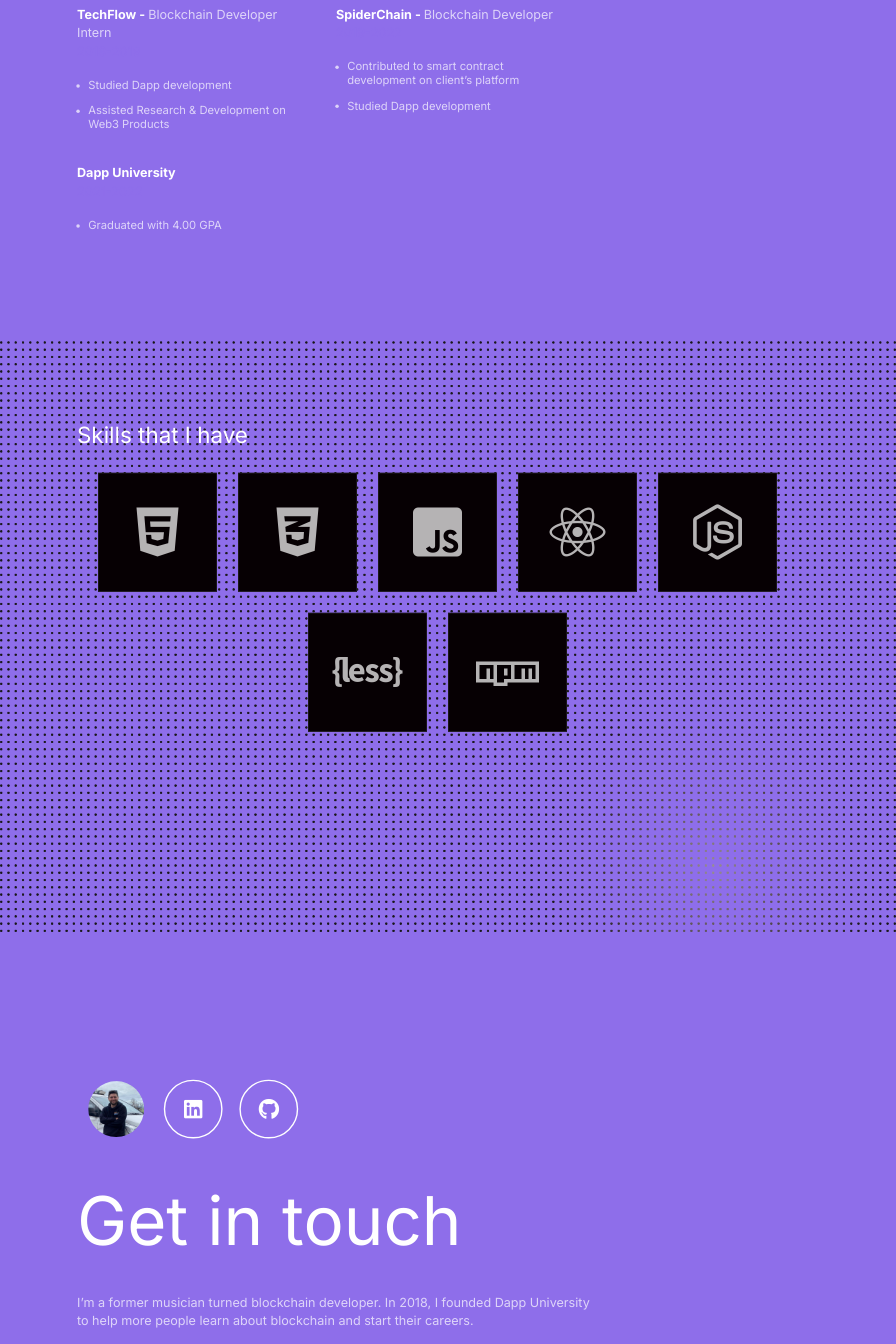
Repository: EyanIngles/Resume
Page: index.html
The author's editor kept a copy of each file at every save. The page is drawn from the files as they stood at one save, then again after the next save.
The browser window is 1280 px wide. The pictures show the part of the page from y = 2198 to 4118 px (the page is 4474 px tall), at 70% of full size.
Pictures or frames that could not be fetched are drawn as grey boxes.

Above is the page before, as saved 2024-05-30 14:16:37.

### index.html
<!DOCTYPE html>
<html lang="en">

<head>
    <meta charset="UTF-8">
    <meta http-equiv="X-UA-Compatible" content="IE=edge">
    <meta name="viewport" content="width=device-width, initial-scale=1.0">
    <meta name="description" content="">
    <meta name="author" content="">

    <title>Eyan Ingles || Blockchain Developer</title>

    <!-- Google Fonts -->
    <link rel="preconnect" href="https://fonts.googleapis.com">
    <link rel="preconnect" href="https://fonts.gstatic.com" crossorigin>
    <link href="https://fonts.googleapis.com/css2?family=Inter:wght@100;200;300;400;500;600;700;800;900&display=swap"
        rel="stylesheet">

    <!-- Font Awesome -->
    <link href="vendor/fontawesome-free-5.15.4-web/css/all.min.css" rel="stylesheet">

    <!-- Custom styles for this template -->
    <link href="css/resume.css" rel="stylesheet">
</head>

<body>
    <header class="header">
        <div class="header-links flex-start">
            <div class="profile-container">
                <img class="profile" src="./img/profile.jpeg" alt="Profile Picture">
                <img class="ring" src="./img/Ring.svg" alt="Ring Border">
            </div>

            <ul class="flex-list list-items-circle">
                <li>
                    <a href="https://www.linkedin.com/">
                        <i class="fab fa-linkedin"></i>
                    </a>
                </li>
                <li>
                    <a href="https://github.com/EyanIngles">
                        <i class="fab fa-github"></i>
                    </a>
                </li>
            </ul>
        </div>

        <h1>
            Hi, I am Eyan Ingles<br />
            Blockchain developer
        </h1>

        <ul class="contact-details flex-list">
            <i class="fa fa-map"></i><li>Balranald 2715 NSW Australia</li>
            <hr />
            <i class="fa fa-phone"></i><li>(+61)74 528 301</li>
            <hr />
            <i class="fa fa-envelope"></i><li><a href="mailto: EyanIngles@gmail.com" style="border: none;">eyaningles29@gmail.com</a></li>
        </ul>
    </header>
    <main>

        <!-- PROJECTS -->

        <section class="section projects">
            <div class="flex-between">
                <h2>Take a look at my projects</h2>

                <a href="https://www.github.com/" class="projects-link flex-between">
                    See all works <img src="./img/ArrowUpRight.svg" alt="Arrow" style="margin-left: 8px; opacity: 0.7;">
                </a>
            </div>

            <div class="cards flex-center">

                <div class="card">
                    <img src="./img/projects/project1.png" alt="">
                    <h3 class="card-title">Nft Marketplace</h3>
                    <p class="card-description">A Marketplace where you can list, Buy and even Mint a collection that has been already intergrated on the site.</p>

                    <div class="card-buttons">
                        <a href="#" class="card-button--site">Site</a>
                        <a href="https://github.com/EyanIngles/marketplace-app" class="card-button--code">Code</a>
                    </div>
                </div>
            </div>
        </section>

        <!-- EXPIERENCE -->

        <section class="section experience">
            <p class="experience-description">
                I’m a former musician turned blockchain developer. In 2018, I
                founded Dapp University to help more people learn about
                blockchain and start their careers as blockchain developers.
                <img src="./img/Dot.svg" alt="Blue Dot">
            </p>

            <h2>Experience</h2>

            <div class="experience-cards flex-center">
                <div class="experience-card">
                    <h3 class="card-title">
                        TechFlow - <span class="highlight">Blockchain Developer Intern</span>
                    </h3>
                    <p class="card-years">2018-2019</p>

                    <ul class="card-list">
                        <li class="card-list-item">Studied Dapp development</li>
                        <li class="card-list-item">Assisted Research & Development on Web3 Products</li>
                    </ul>
                </div>
                <div class="experience-card">
                    <h3 class="card-title">
                        SpiderChain - <span class="highlight">Blockchain Developer</span>
                    </h3>
                    <p class="card-years">2019-2022</p>

                    <ul class="card-list">
                        <li class="card-list-item">Contributed to smart contract development on client’s platform</li>
                        <li class="card-list-item">Studied Dapp development</li>
                    </ul>
                </div>
                <div class="experience-card">
                    <h3 class="card-title">
                        Dapp University
                    </h3>
                    <p class="card-years">2021-2022</p>

                    <ul class="card-list">
                        <li class="card-list-item">Graduated with 4.00 GPA</li>
                    </ul>
                </div>
            </div>
        </section>

        <!-- SKILLS -->

        <section class="section skills">
            <h2>Skills that I have</h2>

            <div class="skill-cards flex-center">
                <div class="skill-card flex-center">
                    <i class="fab fa-html5"></i>
                </div>
                <div class="skill-card flex-center">
                    <i class="fab fa-css3-alt"></i>
                </div>
                <div class="skill-card flex-center">
                    <i class="fab fa-js-square"></i>
                </div>
                <div class="skill-card flex-center">
                    <i class="fab fa-react"></i>
                </div>
                <div class="skill-card flex-center">
                    <i class="fab fa-node-js"></i>
                </div>
                <div class="skill-card flex-center">
                    <i class="fab fa-less"></i>
                </div>
                <div class="skill-card flex-center">
                    <i class="fab fa-npm"></i>
                </div>
            </div>

            <ul class="skill-list flex-between">
                <li><img src="./img/Check.svg" alt="Checkmark"></li>
            </ul>
        </section>

        <!-- CONTACT -->

        <section class="section contact">
            <div class="contact-links flex-start">
                <div class="profile-container">
                    <img class="profile" src="./img/profile.jpeg" alt="Joe Blow">
                </div>

                <ul class="flex-list list-items-circle">
                    <li>
                        <a href="https://www.linkedin.com/">
                            <i class="fab fa-linkedin"></i>
                        </a>
                    </li>
                    <li>
                        <a href="https://github.com/EyanIngles">
                            <i class="fab fa-github"></i>
                        </a>
                    </li>
                </ul>

            </div>

            <h1>
                Get in touch
            </h1>

            <p>
                I’m a former musician turned blockchain developer. In 2018,
                I founded Dapp University to help more people learn about
                blockchain and start their careers.
            </p>

            <ul class="contact-details flex-list">
                <li>3542 Berry street - Cheyenne weels, CO 80810</li>
                <hr />
                <li>(317) 858-8468</li>
                <hr />
                <li><a href="mailto: name@email.com">name@email.com</a></li>
            </ul>
        </section>
    </main>
    <footer class="footer flex-center">
        <p><small>© Joe Blow 2022. All rights reserved.</small></p>
    </footer>

    <!-- Plugin JavaScript -->
    <script src="vendor/jquery/jquery.min.js"></script>
    <script src="vendor/jquery-easing/jquery.easing.min.js"></script>

    <!-- Custom scripts for this template -->
    <script src="js/resume.js"></script>
</body>

</html>

### css/resume.css
* {
    margin: 0;
    padding: 0;
    box-sizing: border-box;
}

:root {
    --black: #060003;
    --gray: #242123;
    --white: #FFFFFF;
    --blue: #8E6EEA;
    --border-gradient: linear-gradient(227.58deg, #F4492F -44.04%, #F367A5 42.36%, #553DEB 113.95%);

    --font-96: clamp(56px, 8vw, 96px);
    --font-40: clamp(24px, 6vw, 40px);
    --font-32: clamp(24px, 4vw, 32px);
}

html {
    font-family: "Inter";
    color: var(--white);

    overflow-x: hidden;
}

body {
    background-color: var(--blue);
}

/* TYPOGRAPHY */
h1 {
    font-style: normal;
    font-weight: 400;
    font-size: var(--font-96);
    line-height: 116px;
}

h2 {
    font-weight: 400;
    font-size: var(--font-32);
    line-height: 150%;
    margin-bottom: 30px;
}

p,
a {
    font-weight: 400;
    font-size: 18px;
    line-height: 150%;
    text-decoration: none;
}

p {
    opacity: 0.7;
}

/* LAYOUTS */

.flex-center {
    display: flex;
    justify-content: center;
    align-items: center;
}

.flex-start {
    display: flex;
    justify-content: flex-start;
    align-items: center;
}

.flex-between {
    display: flex;
    justify-content: space-between;
    align-items: center;
    flex-wrap: wrap;
}

/* === UNIVERSAL STYLES === */

/* List */

.flex-list {
    display: flex;
    justify-content: center;
    align-items: center;
    flex-wrap: wrap;
    list-style: none;
}

.flex-list li {
    margin: 12px;
    transition: 250ms ease all;
}

.flex-list li a {
    color: var(--white);
    text-decoration: none;
    opacity: 1;

    display: block;
    transition: 250ms ease all;
}

.list-items-circle li a {
    border: 2px solid var(--black);
    border-radius: 50%;
}

.list-items-circle li a:hover {
    background-color: var(--white);
    border: 2px solid var(--white);
}

.list-items-circle li a .fab {
    width: 80px;
    height: 80px;
    font-size: 30px;

    display: flex;
    justify-content: center;
    align-items: center;
    border-radius: 50%;

    transition: 250ms ease all;
}

.list-items-circle li a:hover .fab {
    color: var(--black);
}

.contact .list-items-circle li a {
    border: 2px solid var(--white);
}

.contact .list-items-circle li a:hover {
    background-color: var(--white);
    border: 2px solid var(--white);
}

.flex-list hr {
    height: 30px;
    margin: 0 50px;
}

/* Profile Image */

.profile-container {
    min-width: 88px;
    width: 88px;
    height: 88px;
    margin: 12px;
    position: relative;
}

.profile-container .profile {
    position: absolute;
    top: 50%;
    left: 50%;
    transform: translate(-50%, -50%);

    width: 80px;
    height: 80px;
    border-radius: 50%;
}

.profile-container .ring {
    position: absolute;
    top: 50%;
    left: 50%;
    transform: translate(-50%, -50%);
}

.header,
.section {
    min-height: 850px;
    padding: 110px;
}

/* HEADER */

.header {
    background-image: url('../img/Background.png');
    background-repeat: no-repeat;
    background-size: cover;

    display: flex;
    flex-direction: column;
    justify-content: flex-end;
    align-items: flex-start;
}

.header .header-links,
.contact .contact-links,
.header h1 {
    color: var(--black);
    margin-bottom: 45px;
}

.header .flex-list {
    color: var(--black);
}

.header .flex-list li a {
    color: var(--black);
}

.header .flex-list li:hover,
.header .flex-list li a:hover {
    color: var(--white);
}

.header .flex-list hr {
    border: 1px solid var(--black);
}

/* === ABOUT === */

.about {
    background-image: url('../img/Vector.png');
    background-repeat: no-repeat;
    background-size: cover;
    background-position: center;
}

.about h2 {
    max-width: 900px;
    font-weight: 400;
    font-size: var(--font-40);
    line-height: 150%;

    margin-bottom: 180px;
}

.about .achievements {
    list-style: none;

}

.about .achievements li {
    margin: 15px 0;
}

/* === PROJECTS === */

.projects .projects-link {
    color: var(--white);
    margin-bottom: 30px;

    opacity: 0.7;
    transition: 250ms ease all;
}

.projects .projects-link:hover {
    opacity: 1;
}

.projects .cards {
    justify-content: space-evenly;
    flex-wrap: wrap;
}

.projects .card {
    border: 1px solid var(--gray);

    height: 510px;
    max-width: 390px;
    padding: 30px;
    margin: 20px auto;
}

.projects .card img {
    width: 100%;
    max-width: 325px;
    height: auto;
    margin: 0 auto 16px;
}

.projects .card .card-title {
    font-weight: 400;
    font-size: 24px;
    line-height: 150%;
    margin-bottom: 8px;
}

.projects .card .card-description {
    margin-bottom: 60px;
}

.projects .card .card-buttons {
    display: flex;
    justify-content: space-between;
}

.projects .card .card-buttons .card-button--site,
.projects .card .card-buttons .card-button--code {
    width: 150px;
    height: 60px;

    display: flex;
    justify-content: center;
    align-items: center;

    opacity: 1;
    color: var(--white);

    transition: 250ms ease all;
}

.projects .card .card-buttons .card-button--site {
    background-color: var(--gray);
}

.projects .card .card-buttons .card-button--code {
    border: 1px solid var(--gray);
}

.projects .card .card-buttons .card-button--site:hover,
.projects .card .card-buttons .card-button--code:hover {
    background-color: var(--white);
    color: var(--black);
}

/* === EXPERIENCE === */

.experience-description {
    max-width: 900px;
    margin-bottom: 125px;

    font-weight: 400;
    font-size: var(--font-32);
    line-height: 150%;

    opacity: 1;
    position: relative;
}

.experience-description img {
    position: absolute;
    top: 50%;
    right: -200px;
    transform: translate(-50%, -50%);

    pointer-events: none;
}

.experience h2 {
    border-left: 2px solid var(--white);
    padding-left: 24px;
}

.experience .experience-cards {
    justify-content: flex-start;
    align-items: flex-start;
    flex-wrap: wrap;
}

.experience .experience-card {
    width: 370px;
    padding: 0 30px 30px 0;
}

.experience .experience-card .card-title {
    font-size: 18px;
    line-height: 150%;
}

.experience .experience-card .card-title .highlight {
    opacity: 0.7;
    font-weight: 400;
}

.experience .experience-card .card-years {
    color: var(--blue);
    font-weight: 500;
    font-size: 18px;
    line-height: 150%;
    margin-bottom: 24px;
    opacity: 1;
}

.experience .experience-card .card-list .card-list-item {
    margin: 0 0 16px 16px;
    opacity: 0.7;
}

/* === SKILLS === */

.skills {
    background-image: url('../img/Vector.png');
    background-repeat: no-repeat;
    background-size: cover;
}

.skills .skill-cards {
    flex-wrap: wrap;
}

.skills .skill-card {
    background-image: url('../img/Background.png');
    background-repeat: no-repeat;
    background-size: cover;
    background-color: #060003;
    background-blend-mode: darken;
    width: 170px;
    height: 170px;
    margin: 0 30px 30px 0;
    border: 1px solid var(--gray);

    cursor: pointer;

    transition: 500ms ease all;
}

.skills .skill-card .fab {
    font-size: 80px;
    opacity: 0.7;
    transition: 500ms ease all;
}

.skills .skill-card:hover {
    background-blend-mode: normal;
}

.skills .skill-card:hover .fab {
    opacity: 1;
}

.skills .skill-list {
    list-style: none;
    flex-wrap: wrap;
}

.skills .skill-list li {
    display: flex;
    justify-content: center;
    align-items: center;
}

.skills .skill-list li img {
    margin: 10px;
}

/* === CONTACT === */

.contact {
    display: flex;
    flex-direction: column;
    justify-content: center;
    align-items: flex-start;
}

.contact h1,
.contact p {
    max-width: 750px;
    margin-bottom: 45px;
}

.contact .flex-list li:hover,
.contact .flex-list li a:hover {
    color: var(--blue);
}

/* === FOOTER === */

.footer {
    min-height: 88px;
    background-color: var(--gray);
}

/* === MEDIA STYLES === */

@media all and (max-width: 1200px) {
    .contact-details {
        align-items: flex-start;
        flex-direction: column;
    }

    .contact-details li {
        margin: 10px;
    }

    .contact-details li a {
        margin: 0;
    }

    .contact-details hr {
        display: none;
    }
}

@media all and (max-width: 992px) {
    .skills .skill-card {
        width: 125px;
        height: 125px;
    }
}

@media all and (max-width: 767px) {

    .header,
    .section {
        padding: 40px;
    }
}

### js/resume.js
// Include JavaScript Functionality Here...

Loaded but not shown: vendor/fontawesome-free-5.15.4-web/css/all.min.css (library); vendor/jquery/jquery.min.js (library); vendor/jquery-easing/jquery.easing.min.js (common file)

After the next save:
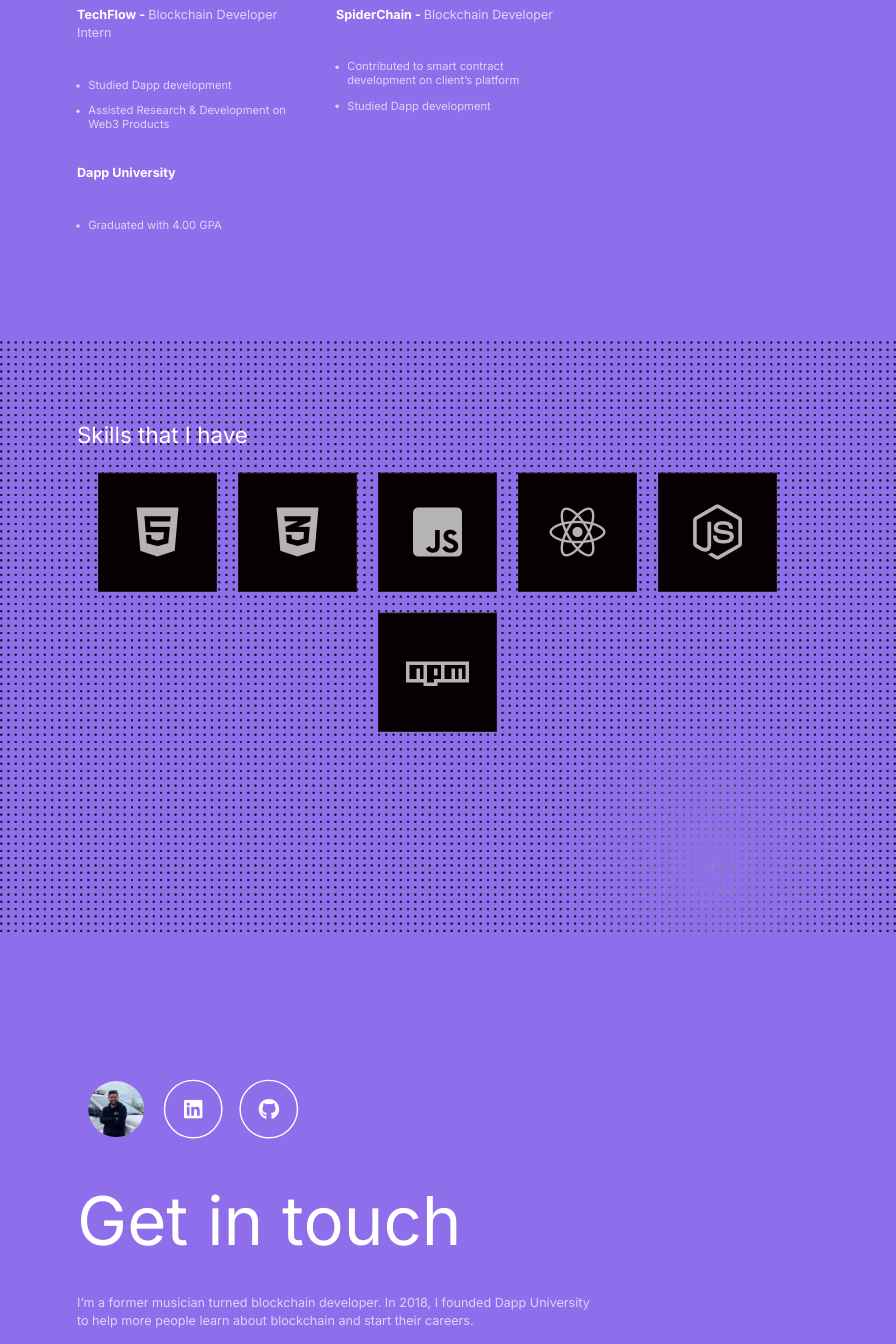
Saved 11 s later.
--- a/index.html
+++ b/index.html
@@ -156,9 +156,6 @@
                     <i class="fab fa-node-js"></i>
                 </div>
                 <div class="skill-card flex-center">
-                    <i class="fab fa-less"></i>
-                </div>
-                <div class="skill-card flex-center">
                     <i class="fab fa-npm"></i>
                 </div>
             </div>
